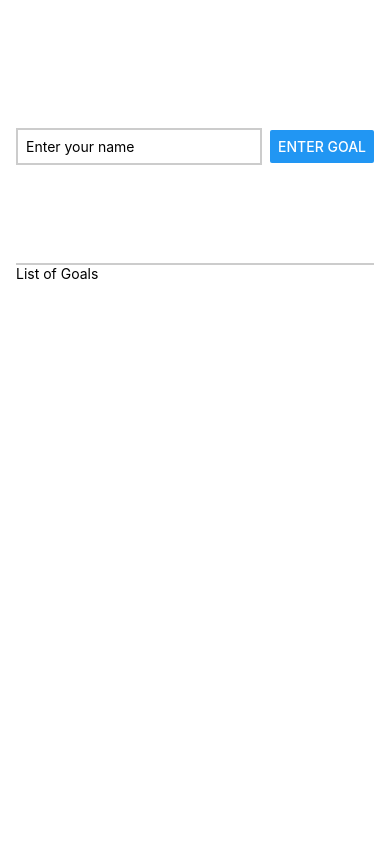
Repository: thezaidbintariq/RNCourse
Screen: /
An editor plug-in stored every save of this project. The screen is shown before and after the next save, followed by the edit.
The app was drawn by React Native's web renderer in a window 390 px wide. The project was rebuilt for these pictures with package versions that can differ from the ones it lists, and the page was loaded fresh each time.

Above is the screen before, as saved 2022-08-09 14:58:57.

### App.js
import { Button, StyleSheet, Text, TextInput, View } from 'react-native';

export default function App() {
  return (
    <View style={styles.appContainer}>
      <View style={styles.inputContainer}>
        <TextInput style={styles.input} placeholder="Enter your name" />
        <Button title="Enter Goal" />
      </View>
      <View style={styles.goalsContainer}>
        <Text>List of Goals</Text>
      </View>
    </View>
  );
}

const styles = StyleSheet.create({
  appContainer : {
   paddingTop: 50,
   paddingHorizontal: 16,
   flex: 1
  },
  inputContainer: {
    flexDirection: 'row',
    justifyContent: 'space-between',
    alignItems: 'center',
    paddingBottom: 20,
    borderBottomWidth: 2,
    borderColor: '#ccc',
    flex: 1
  },
  input: {
    width: '70%',
    borderColor: '#cccccc',
    borderWidth: 2,
    padding: 8,
    marginRight: 8
  },
  goalsContainer: {
    flex: 3

  }
}
);

After the next save:
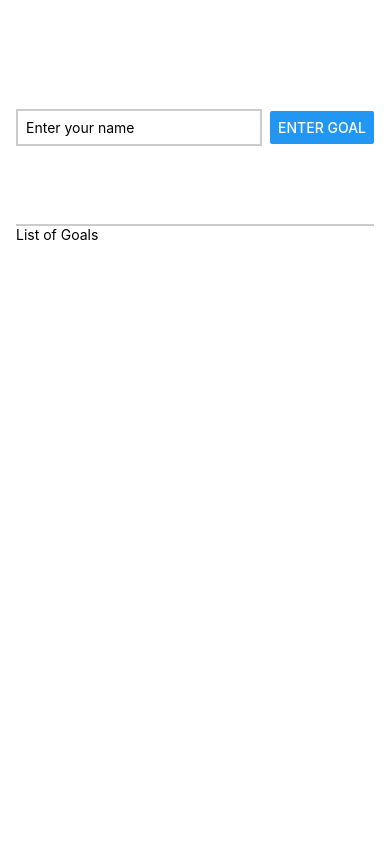
Saved 40 s later.
--- a/App.js
+++ b/App.js
@@ -37,7 +37,7 @@ const styles = StyleSheet.create({
     marginRight: 8
   },
   goalsContainer: {
-    flex: 3
+    flex: 4
 
   }
 }
